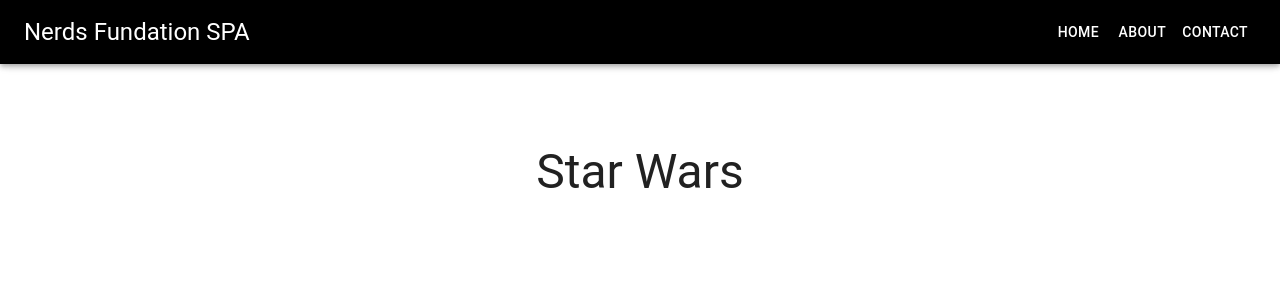
Repository: marianozamora/lisit-challenge
Page: /
These files come from the project's save history. The page is drawn as it stood at one moment and after the next save; the edit follows.
The browser window is 1280 px wide. The pictures show the whole page.
The page's requests for data from a server got no answer. The project was rebuilt for these pictures with package versions that can differ from the ones it lists, and the page was loaded fresh each time. Some packages were replaced by stand-ins written for this rebuild. No one was signed in, and anything a server would have sent is missing. Also part of the build but not shown: vite.config.ts, src/components/Pagination.tsx, src/components/Planets.tsx, src/components/Starship.tsx, src/components/DetailPeople.tsx, src/components/DetailPlanet.tsx, src/components/DetailStarship.tsx, src/components/ErrorPage.tsx.

Above is the page before, as saved 2023-05-11 01:11:41.

After the next save:
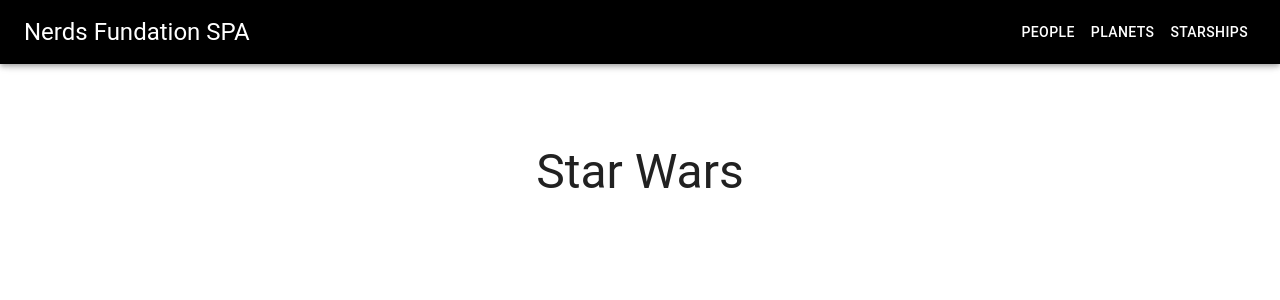
Saved 73 s later.
--- a/src/components/Header.tsx
+++ b/src/components/Header.tsx
@@ -12,7 +12,7 @@
 
 
 const drawerWidth = 240;
-const navItems = ['Home', 'About', 'Contact'];
+const navItems = ['People', 'Planets', 'Starships'];
 
 export default function Header(props: Props) {
 
